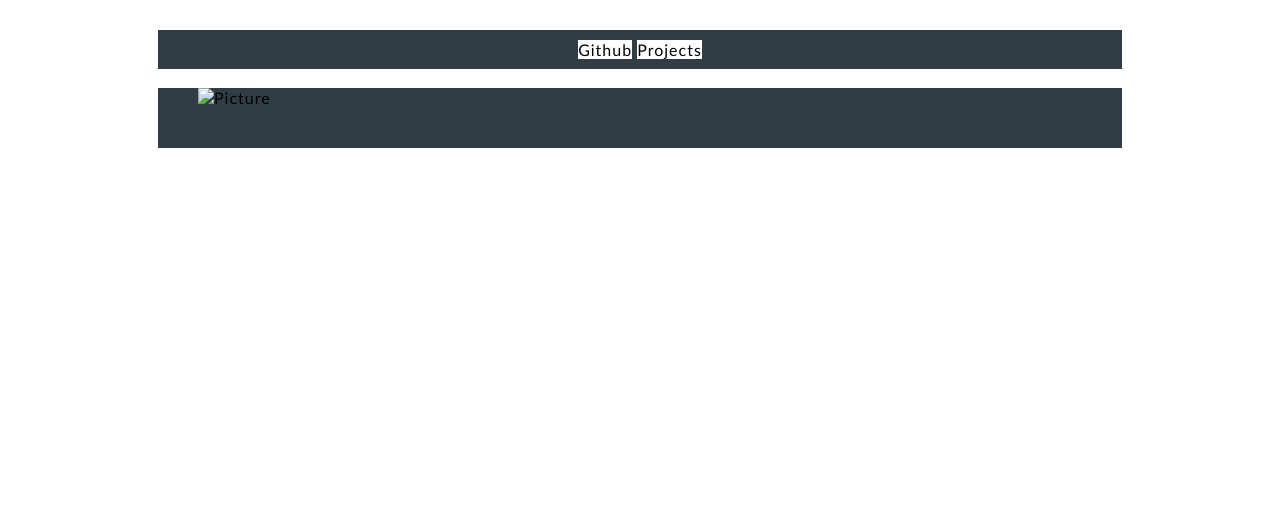
Repository: kayladowling/jekyll_website
Page: projects.html
The author's editor kept a record of every edit. The page is drawn from the files as they stood at one moment, then again after the next edit.
The browser window is 1280 px wide. The pictures show the part of the page from y = 190 to 748 px (the page is 720 px tall before and 748 px after).

Above is the page before.
Not found: file.js

### projects.html
<!DOCTYPE html>
<meta charset=“UTF-8”>
<script src="file.js"></script>
<html>
  <head> <title>Kayla Dowling</title>
  <link rel="stylesheet" href="css/home.css">
  </head>
  <body>
 <div class ="wrapper">

   <header> <!-- Start of header -->
   <h1>Kayla Dowling</h1>
    </header>  <!-- end of header -->
   <nav> <!-- Start of nav -->
  <ul>
      <li><a href="https://github.com/kayladowling" id="github">Github</a></li>
      <li><a href="projects.html" id="projects">Projects</a></li>
  </ul>
  </nav> <!-- end of nav -->
<aside> <!-- end of sidebar -->
 <h3></h3>
</aside> <!-- end of sidebar-->

 <div class = "maincontent">  <!-- start of maincontent -->
 <article> <!-- start of post -->

<figure>
 <img src="" alt="Picture" /> <!--insert photo here -->
</figure>

 </article> <!-- end of post -->

 </div> <!-- end of maincontent -->
 <footer>
     <!-- add footer content-->
 </footer>
  </div> <!-- end of wrapper -->
 </body>
</html>

### css/home.css

body {
   padding: 10px 150px 100px;
   background: white;
   font-family: 'Oswald', Gill Sans, sans-serif;
   letter-spacing: 1px;
}

img {
    float: left;
}

header {
    background-color: black;
    background-image: url("https://download.unsplash.com/3/doctype-hi-res.jpg");
    width: 100%;
    height: 100%;
    background-size: 1250px;
    opacity: 0.90;
    background-position: 20% 3%;
    background-repeat: no-repeat;
    margin-bottom: 30px;
    color: black;
    font-family: Arial;
    font-size: 20px;
    font-weight: bold;
    letter-spacing: 10px;
    text-transform: uppercase;
    text-align: center;
}
 header h1 {
     padding-top: 100px;
     text-align: center;
 }

header h2 {
    font-family: 'Oswald', Gill Sans, sans-serif;
   letter-spacing: 1px;
   padding-bottom: 200px;
   font-style: italic;
   text-transform: capitalize;
   font-weight: normal;

}

main {
    background: rgb(255, 245, 230);
    padding-bottom: 40px;
    padding-right: 40px;
    padding-top: 40px;
    margin: 0px;
}

main h2 {
    background-color: white;
    margin: 0px;
    color: black;
    font-family: Arial;
    font-size: 16px;
    font-weight: bold;
    letter-spacing: 10px;
    text-transform: uppercase;
    text-align: center;
}



p {
    color: black;
    padding-left: 20px;

}


nav ul {
    color: white;
    text-align: center;
    margin-bottom: 5px;
    padding: 10px 5px 10px 5px;
    background: rgb(48, 61, 68);


}


nav li {
    display:inline;
    background: rgb(48, 61, 68);
    color: white;
    text-align: center;

}

a {
    text-decoration: none;
    color: black;
    background: white;
    text-align: left;
}

footer {
    background: rgb(48, 61, 68);
    margin-top: 10px;
    padding: 30px;
}

#github {
    color: black;
    text-align: left;
}

After the next edit:
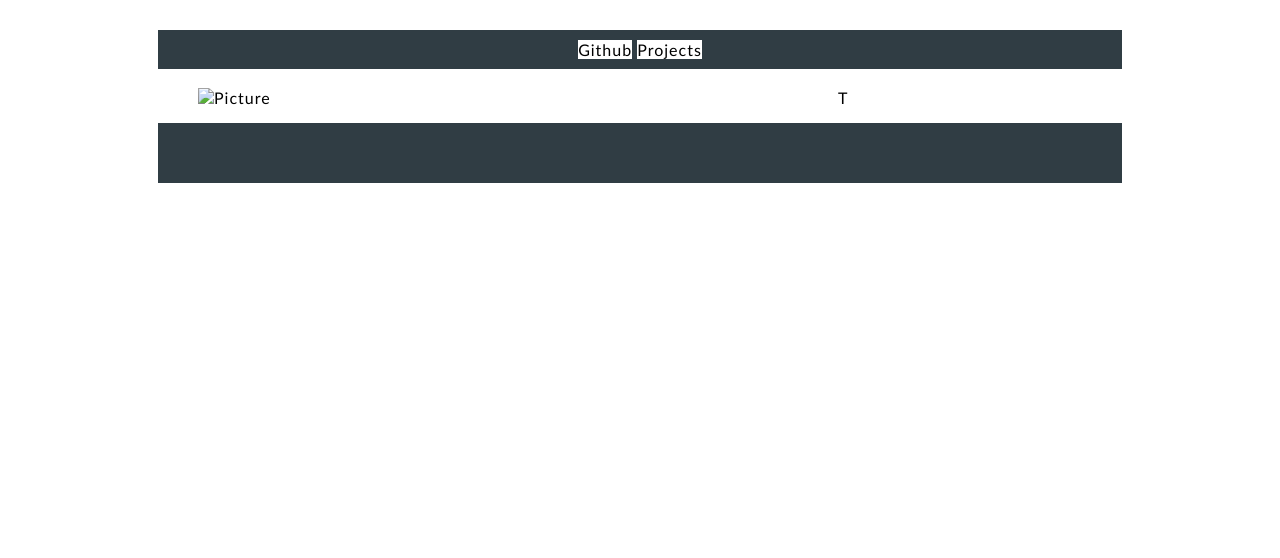
The edit:
--- a/projects.html
+++ b/projects.html
@@ -25,7 +25,8 @@
  <article> <!-- start of post -->
 
 <figure>
- <img src="" alt="Picture" /> <!--insert photo here -->
+ <img src="" alt="Picture" width="640" height="470" /> <!--insert photo here -->
+ <figcaption>T</figcaption> <!--insert caption for photo-->
 </figure>
 
  </article> <!-- end of post -->
